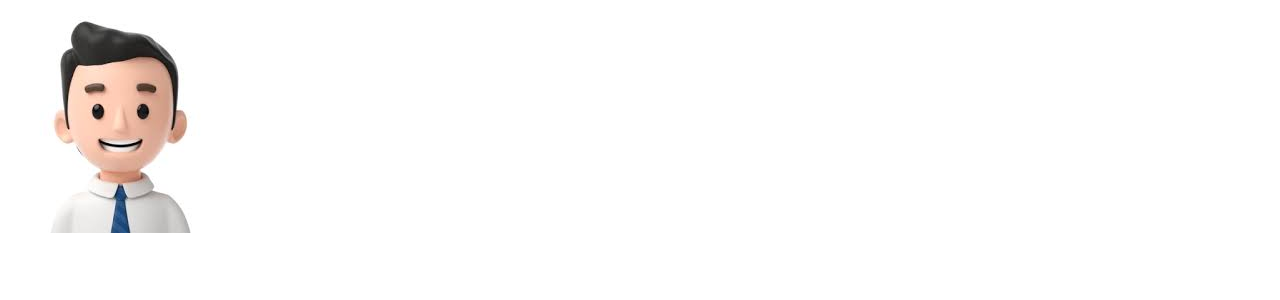
Repository: KHANas02/live-stream
Page: contact.html
An editor plug-in stored every save of this project. The page is shown before and after the next save, followed by the edit.
The browser window is 1280 px wide. The pictures show the whole page.

Above is the page before, as saved 2024-03-25 07:06:22.

After the next save:
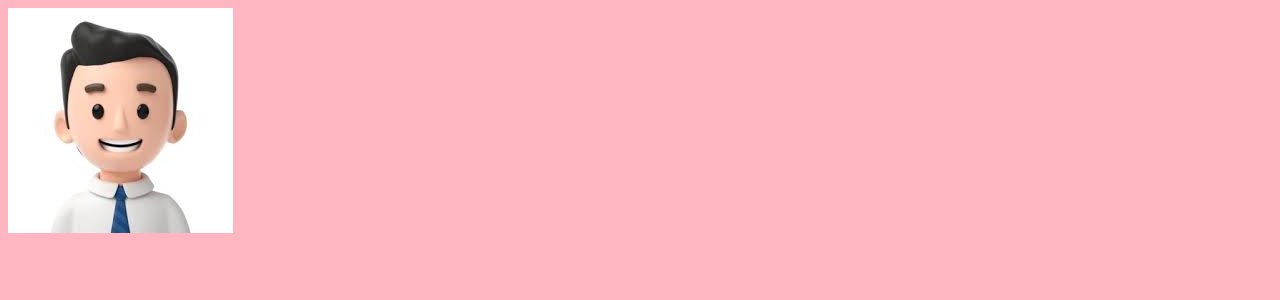
Saved 4 s later.
--- a/contact.html
+++ b/contact.html
@@ -8,7 +8,7 @@
 </head>
 <style>
     body{
-        background-color: li;
+        background-color: lightpink;
     }
     .avatar{
         background-image:url(data:[embedded picture, 5823 characters]);
